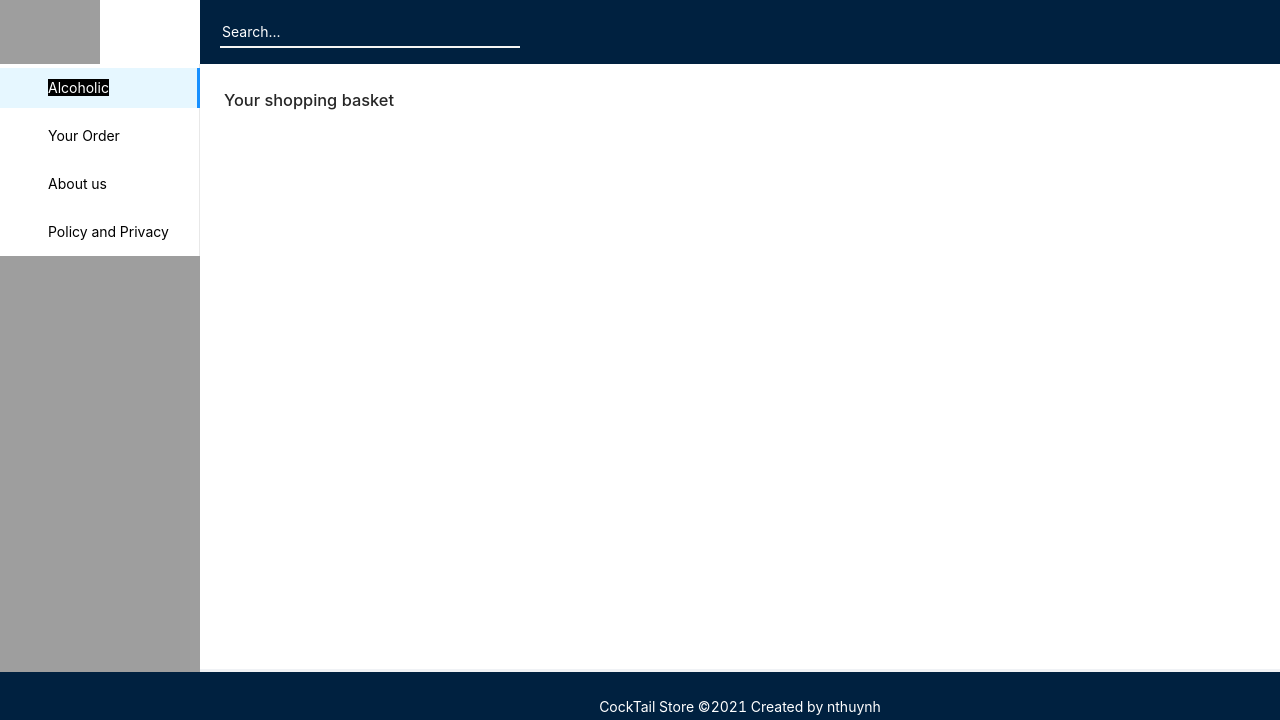
Repository: huynhnt1406/cocktail
Page: /yourorder
The author's editor kept a copy of each file at every save. The page is drawn from the files as they stood at one save, then again after the next save.
The browser window is 1280 px wide. The pictures show the whole page.
The first visible `.link` has the focus.
Pictures or frames that could not be fetched are drawn as grey boxes. The project was rebuilt for these pictures with package versions that can differ from the ones it lists, and the page was loaded fresh each time. Also part of the build but not shown: src/components/CockTail.vue, src/components/DetailPage.vue, src/components/AboutUs.vue, src/components/PolicyandPrivacy.vue.

Above is the page before, as saved 2021-05-08 00:28:28.

After the next save:
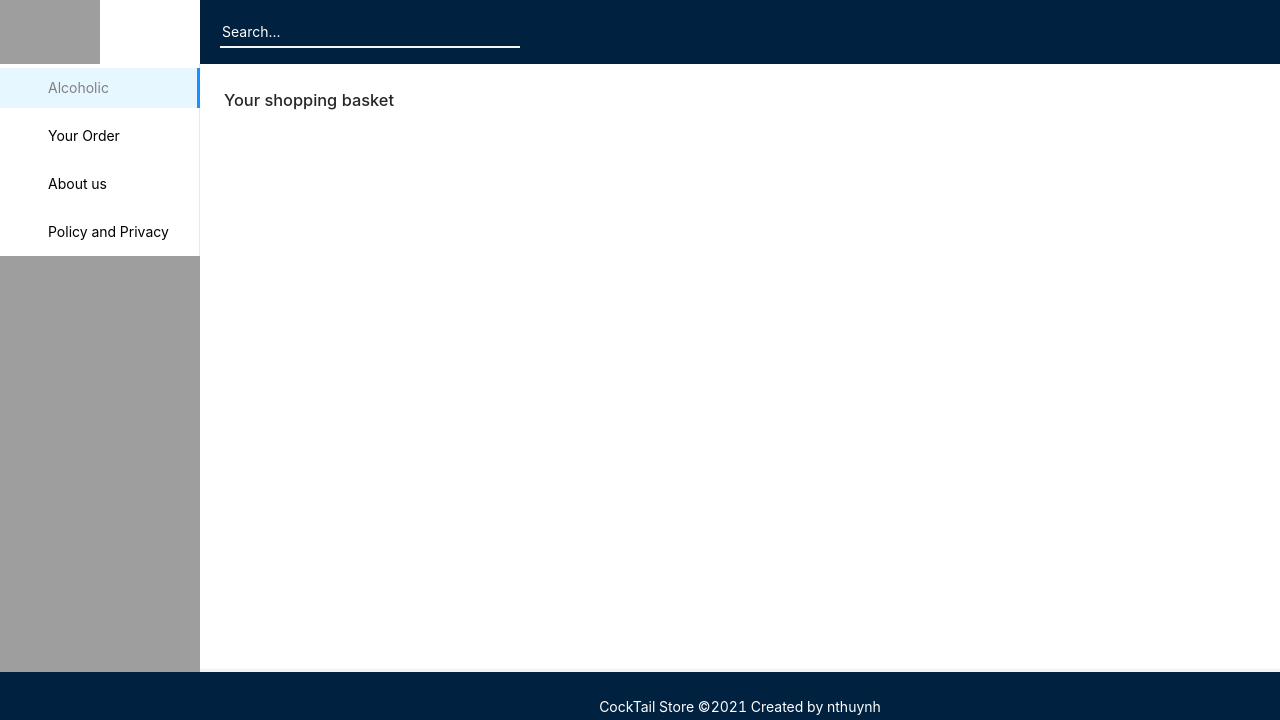
Saved 21 s later.
--- a/src/App.vue
+++ b/src/App.vue
@@ -71,7 +71,6 @@ export default {
   color:black;
 }
 .link:focus{
-  background-color: black;
-  color:white;
+  color:gray;
 }
 </style>
